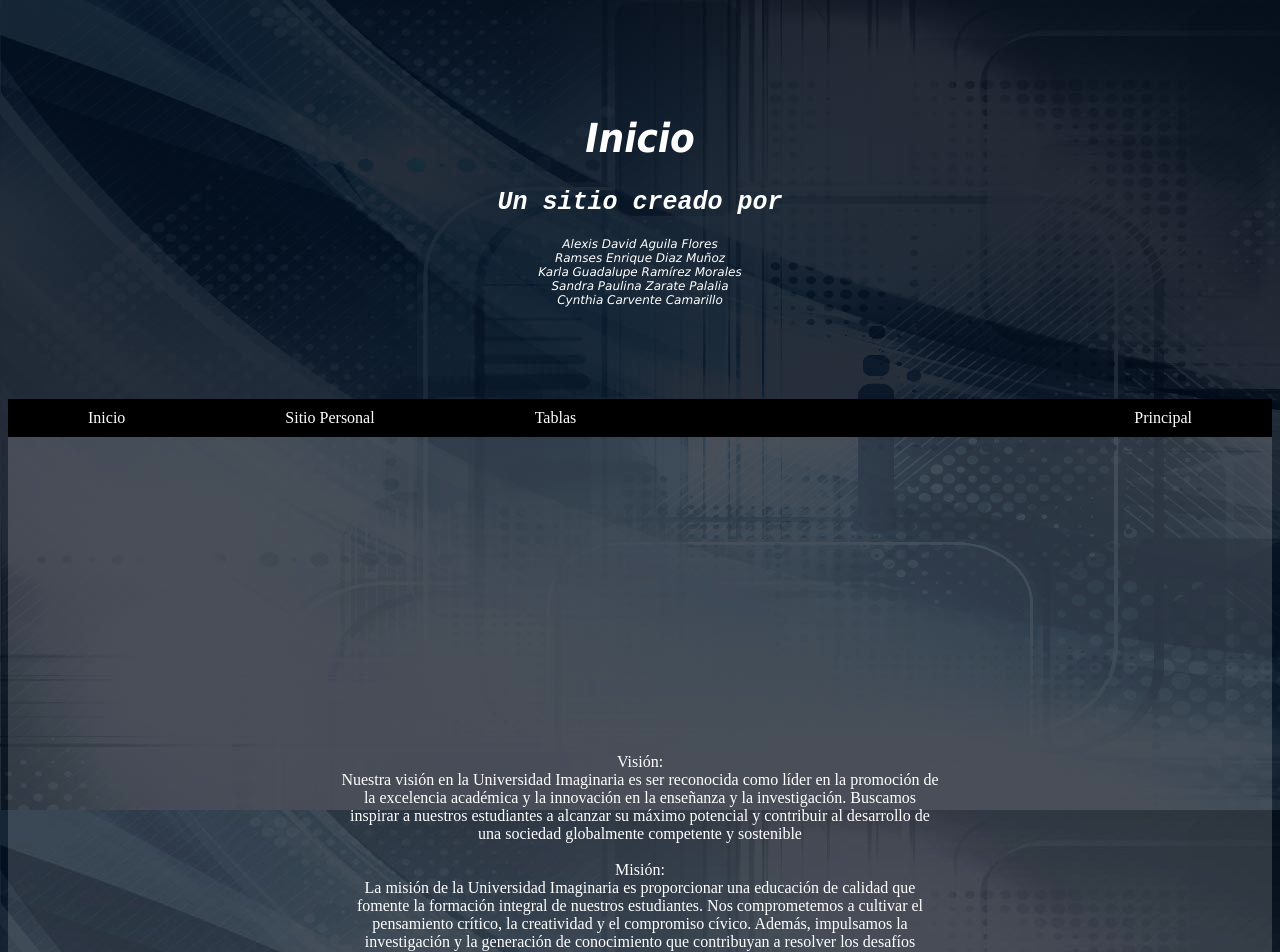
Repository: Dogueen/miniProyectoUniversidad
Page: miniProyecto/pages/inicio.html
These files come from the project's save history. The page is drawn as it stood at one moment and after the next save; the edit follows.
The browser window is 1280 px wide. The pictures show the part of the page from y = 0 to 952 px (the page is 2285 px tall before and 1745 px after).

Above is the page before, as saved 2023-10-31 11:34:16.

### miniProyecto/pages/inicio.html
<!DOCTYPE html>
<html lang="es">

<head>
    <title>Inicio</title>
    <meta charset="UTF-8">
    <meta name="viewport" content="width=device-width, initial-scale=1">
    <link rel="stylesheet" type="text/css" href="../styles/inicio.css" />

    <style>
    </style>
</head>

<body>

    <div class="header">
        <h1>Inicio</h1>
        <h2> Un sitio creado por</h2>
        <dl>
            <dt>Alexis David Aguila Flores</dt>
            <dt>Ramses Enrique Diaz Muñoz</dt>
            <dt>Karla Guadalupe Ramírez Morales</dt>
            <dt>Sandra Paulina Zarate Palalia</dt>
            <dt>Cynthia Carvente Camarillo</dt>
        </dl>
    </div>

    <div class="navbar">
        <a href="inicio.html">Inicio</a>
        <a href="personal.html">Sitio Personal</a>
        <a href="tablas.html">Tablas</a>
        <a href="../principal.html" class="right">Principal</a>
    </div>

    <div class="row">
        <div class="side"> <center>
            <p style="color: #fff;">
                Visión: <br>
                Nuestra visión en la Universidad Imaginaria es ser reconocida como líder en la promoción de <br>
                la excelencia académica y la innovación en la enseñanza y la investigación. Buscamos <br>
                inspirar a nuestros estudiantes a alcanzar su máximo potencial y contribuir al desarrollo de <br>
                una sociedad globalmente competente y sostenible<br>
        <br>
                Misión: <br>
                La misión de la Universidad Imaginaria es proporcionar una educación de calidad que <br>
                fomente la formación integral de nuestros estudiantes. Nos comprometemos a cultivar el <br>
                pensamiento crítico, la creatividad y el compromiso cívico. Además, impulsamos la <br>
                investigación y la generación de conocimiento que contribuyan a resolver los desafíos <br>
                contemporáneos y mejorar la calidad de vida.<br>
        <br>
                Carreras: <br>
                En la Universidad Imaginaria, ofrecemos una amplia gama de carreras en diversas <br>
                disciplinas. Esto incluye programas de pregrado y posgrado en ciencias, tecnologías y <br>
                ingenierías Nuestra oferta académica incluye carreras como Ingeniería Mecatrónica, <br>
                Ingeniería Financiera, Ingeniería Química, Ingeniería Industrial, Ingeniería en Biotecnología, <br>
                Ingeniería en Tecnologías de la Información, Ingeniería en Sistemas Automotrices<br>
                y maestrai en Ingeniería. Nuestro objetivo es preparar a <br>
                nuestros estudiantes para sobresalir en sus campos de elección y contribuir de manera <br>
                significativa a la sociedad.
            </p>
        </center></div>
        <div class="main"><center>
    <table border="4">
        <center>
        <caption style="color: #fff;"><b><i>Carreras</i></b></caption>
    </center>
    <thead>
        <tr style="background-color: orange; color: #fff;">
        <th>Ingeniería Mecatrónica</th>
        <th>Ingeniería Financiera</th>
        <th>Ingeniería Química</th>
        <th>Ingeniería Industrial</th>
        </tr>
    </thead>
    <tbody>
        <tr>
            <center>
            <td> <img src="https://campusvirtual.uptlax.edu.mx/pluginfile.php/114070/block_cocoon_pills/slides/1/MEC.jpg" alt="descripcion de la imagen" width="250" height="250"></td>
        </center>
            <td> <img src="https://campusvirtual.uptlax.edu.mx/pluginfile.php/114070/block_cocoon_pills/slides/2/FIN.jpg" alt="descripcion de la imagen" width="300" height="250"></td>
            <td> <img src="https://campusvirtual.uptlax.edu.mx/pluginfile.php/114070/block_cocoon_pills/slides/3/QUI.jpg" alt="descripcion de la imagen" width="250" height="250"></td>
            <td> <img src="https://campusvirtual.uptlax.edu.mx/pluginfile.php/114070/block_cocoon_pills/slides/4/IND.jpg" alt="descripcion de la imagen" width="250" height="250"></td>
        </tr>

        <tr>
            <center>
            <td> <img src="https://campusvirtual.uptlax.edu.mx/pluginfile.php/114070/block_cocoon_pills/slides/5/BIO.jpg" alt="descripcion de la imagen" width="250" height="250"></td>
            <td> <img src="https://campusvirtual.uptlax.edu.mx/pluginfile.php/114070/block_cocoon_pills/slides/6/TI.jpg" alt="descripcion de la imagen" width="300" height="250"></td>
            <td> <img src="https://campusvirtual.uptlax.edu.mx/pluginfile.php/114070/block_cocoon_pills/slides/7/AUT.jpg" alt="descripcion de la imagen" width="250" height="250"></td>
            <td> <img src="https://campusvirtual.uptlax.edu.mx/pluginfile.php/114070/block_cocoon_pills/slides/8/MTRIA.jpg" alt="descripcion de la imagen" width="250" height="250"></td>
        </center>
        </tr>
    </tbody>
    <tfoot>
        <tr style="background-color: orange; color: #fff;">
            <th>Ingeniería en Biotecnología</th>
            <th>Ingeniería en Tecnologías de la Información</th>
            <th>Ingeniería en Sistemas Automotrices</th>
            <th>Maestria en Ingeniería</th>
            </tr>
    </tfoot>
    </table>
</center>
<center>
    <p style="color: #fff;">
        Información Libre: <br>
        En la Universidad Imaginaria, creemos en el acceso abierto a la información. Nuestra <br>
        biblioteca es una fuente rica de recursos impresos y electrónicos que están disponibles para <br>
        todos los estudiantes, profesores y personal. Además, promovemos la participación en <br>
        conferencias, seminarios y charlas que enriquecen la experiencia académica y ofrecemos <br>
        acceso a plataformas en línea donde los estudiantes pueden acceder a materiales <br>
        educativos de calidad de forma gratuita. Fomentamos la investigación abierta y la <br>
        colaboración académica para impulsar el crecimiento del conocimiento.
    </p>
</center></div>
    </div>


</body>

</html>

### miniProyecto/styles/inicio.css
body {
    background-image: url("../images/bg-img.jpg");
}

.header {
    padding: 80px;
    text-align: center;
    color: white;
}

.header h1 {
    font-size: 40px;
    font-style: italic;
    font-family: Tahoma;
}

.header h2 {
    font-size: 25px;
    font-style: italic;
    font-family: monospace;
}

.header dl {
    font-size: 12px;
    font-style: italic;
    font-family: Verdana, Geneva, Tahoma, sans-serif;
}

.navbar {
    overflow: hidden;
    background-color: #000000;
}

.navbar a {
    float: left;
    display: block;
    color: white;
    text-align: center;
    padding: 10px 80px;
    text-decoration: none;
}

.navbar a:hover {
    background-color: #ddd;
    color: black;
}

.navbar a.right {
    float: right;
}

* {
    box-sizing: border-box;
}

.row {
    display: flex;
    flex-wrap: wrap;
}

.side {
    flex: 30%;
    background-color: #f1f1f12a;
    padding: 300px;
}

.main {
    flex: 70%;
    background-color: #f1f1f12a;
    padding: 20px;
}

@media screen and (max-width: 700px) {
    .row {
        flex-direction: column;
    }
}

@media screen and (max-width: 400px) {
    .navbar a {
        float: none;
        width: 100%;
    }
}

After the next save:
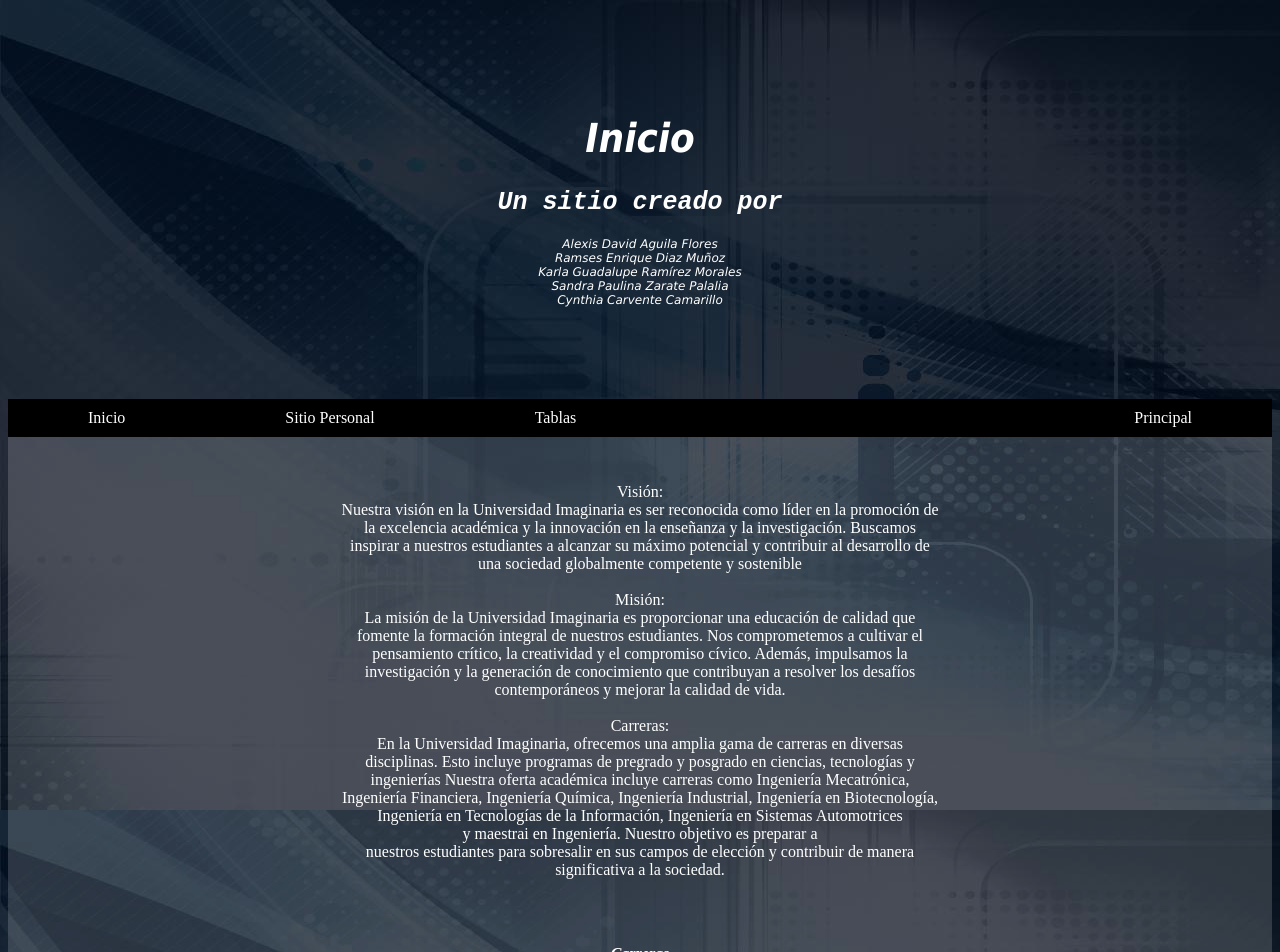
Saved 9 s later.
--- a/miniProyecto/styles/inicio.css
+++ b/miniProyecto/styles/inicio.css
@@ -61,7 +61,7 @@ body {
 .side {
     flex: 30%;
     background-color: #f1f1f12a;
-    padding: 300px;
+    padding: 30px;
 }
 
 .main {
